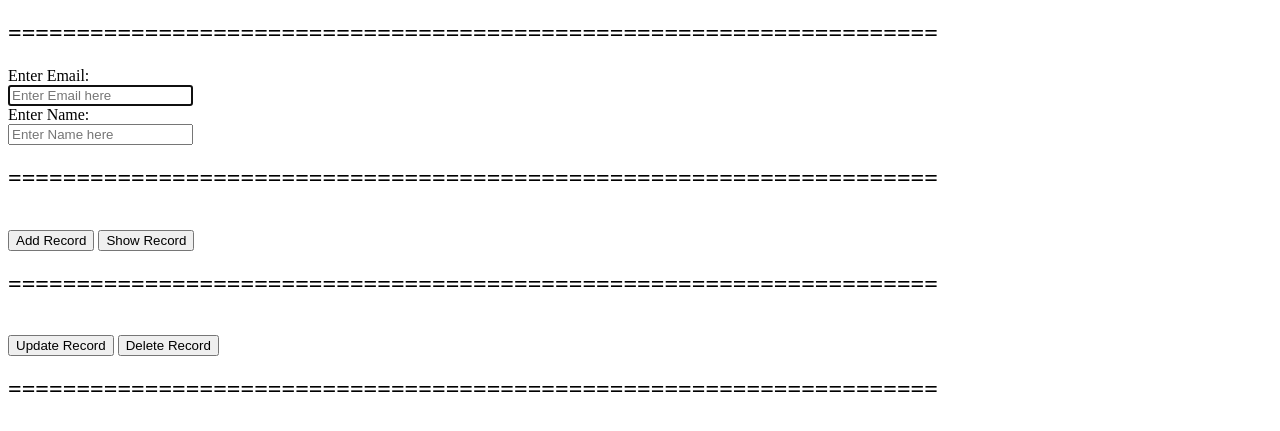
Repository: satvikagrasani/Spring-WorkSpace
Page: http://localhost/Project1/
These files come from the project's save history. The page is drawn as it stood at one moment and after the next save; the edit follows.
The browser window is 1280 px wide. The pictures show the whole page.
The page is served by Tomcat 9.

Above is the page before, as saved 2023-08-23 08:59:40.

After the next save:
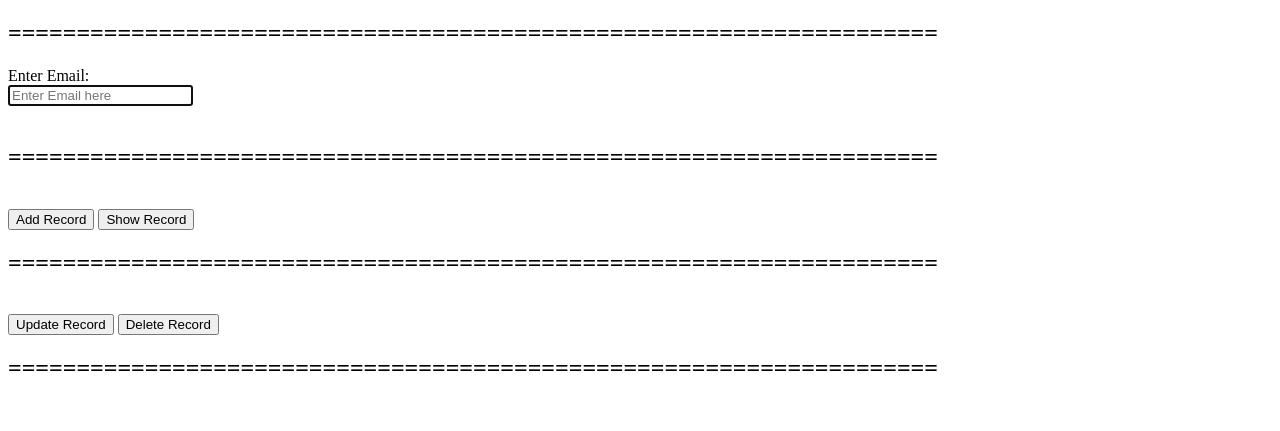
Saved 25 s later.
--- a/SpringMVC/Project/Project1/src/main/webapp/index.jsp
+++ b/SpringMVC/Project/Project1/src/main/webapp/index.jsp
@@ -10,8 +10,7 @@
 
 	<form>
 	<h2>====================================================================</h2>
-	Enter Email:<br><input type="email" name="email" placeholder="Enter Email here" autofocus/><br>
-	Enter Name:<br><input type="text" name="name" placeholder="Enter Name here"/>
+	Enter Email:<br><input type="email" name="email" placeholder="Enter Email here" autofocus/><br><br>
 	<h2>====================================================================</h2><br>
 	<input type="submit" value="Add Record" formaction="add"/>
 	<input type="submit" value="Show Record" formaction="show"/><br>
